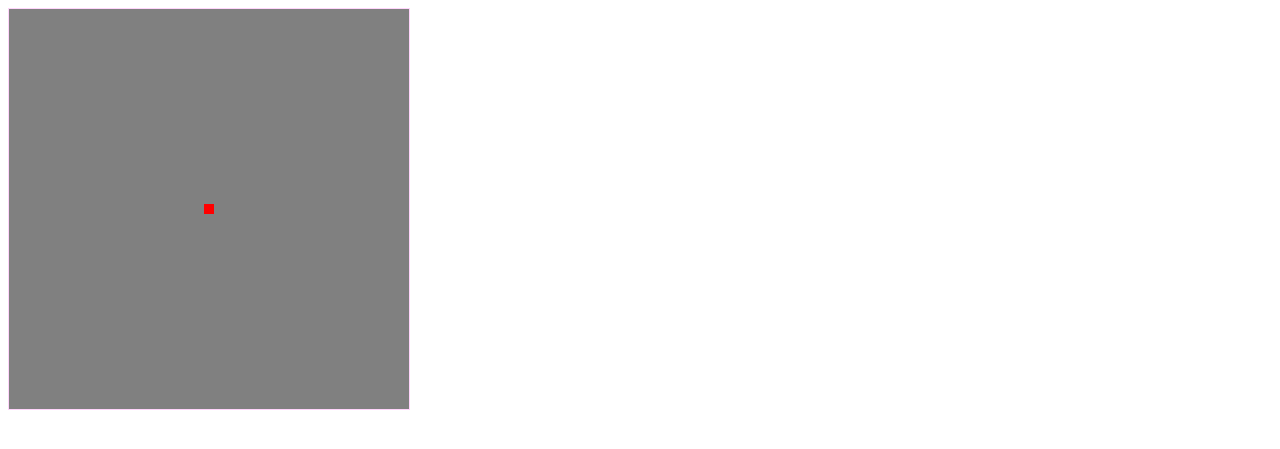
Repository: HyunraDate/ZhongpingShen
Page: Chocolate.html
The author's editor kept a copy of each file at every save. The page is drawn from the files as they stood at one save, then again after the next save.
The browser window is 1280 px wide. The pictures show the whole page.

Above is the page before, as saved 2024-02-14 15:22:18.

### Chocolate.html
 <!DOCTYPE html>
 <html lang="en">
 <head>
    <meta charset="UTF-8">
    <meta name="viewport" content="width=device-width, initial-scale=1.0">
    <title>Valentines Day</title>
    <style>
      #webgl {
         border: 1px solid #ffd4fb;
      }
    </style>
 </head>

 <body>
    <canvas id="webgl" width="400" height="400">
      情人节快乐！
    </canvas>
    <script src="app.js"></script>
 </body>
 </html>

### app.js
let canvas = document.getElementById('webgl')
let gl = canvas.getContext('webgl') //webgl 是3d，2d直接写2d


//vertexShader, fragmentShader 组成program
let vertexSource = `
void main() {
    gl_Position = vec4 (0.0, 0.0, 0.0, 1.0);
    gl_PointSize = 10.0;
}
`
//glsl

//this is 像素点的颜色的信息
let fragmentSource = `
void main() {
    gl_FragColor = vec4(1.0, 0.0, 0.0, 1.0);
}
`;

//this is 容器
let vertexShader = gl.createShader(gl.VERTEX_SHADER)
let fragmentShader = gl.createShader(gl.FRAGMENT_SHADER)

gl.shaderSource(vertexShader, vertexSource)
gl.shaderSource(fragmentShader, fragmentSource)

gl.compileShader(vertexShader)
gl.compileShader(fragmentShader)

//program
let program = gl.createProgram()
gl.attachShader(program, vertexShader)
gl.attachShader(program, fragmentShader)
gl.linkProgram(program)
gl.useProgram(program)

//webgl (3d) //清空canvas画布
gl.clearColor(0.5, 0.5, 0.5, 1.0)  //(0.0, 0.0, 0.0, 1.0)Black //RGB + Ahpha透明通道，0.0完全透明
gl.clear(gl.COLOR_BUFFER_BIT) //大写：常量 like Math.PI //this is 清空颜色*(整个画布)

//画一个点
gl.drawArrays(gl.POINTS, 0,1)

//webgl (2d)
//ctx.fillRect(0, 0, 400, 400)
// gl.fillStyle = 'fuchsia'
// gl.fillRect(0, 0, 400, 400)

After the next save:
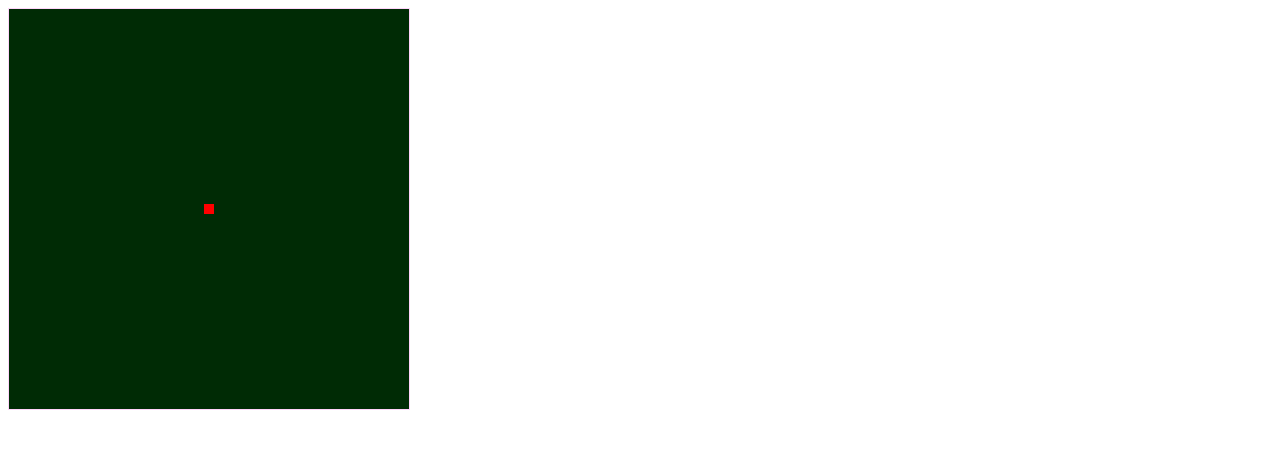
Saved 6 min 36 s later.
--- a/app.js
+++ b/app.js
@@ -36,7 +36,7 @@
 gl.useProgram(program)
 
 //webgl (3d) //清空canvas画布
-gl.clearColor(0.5, 0.5, 0.5, 1.0)  //(0.0, 0.0, 0.0, 1.0)Black //RGB + Ahpha透明通道，0.0完全透明
+gl.clearColor(0.0, 0.17, 0.02, 1.0)  //(0.0, 0.0, 0.0, 1.0)Black //RGB + Ahpha透明通道，0.0完全透明
 gl.clear(gl.COLOR_BUFFER_BIT) //大写：常量 like Math.PI //this is 清空颜色*(整个画布)
 
 //画一个点
